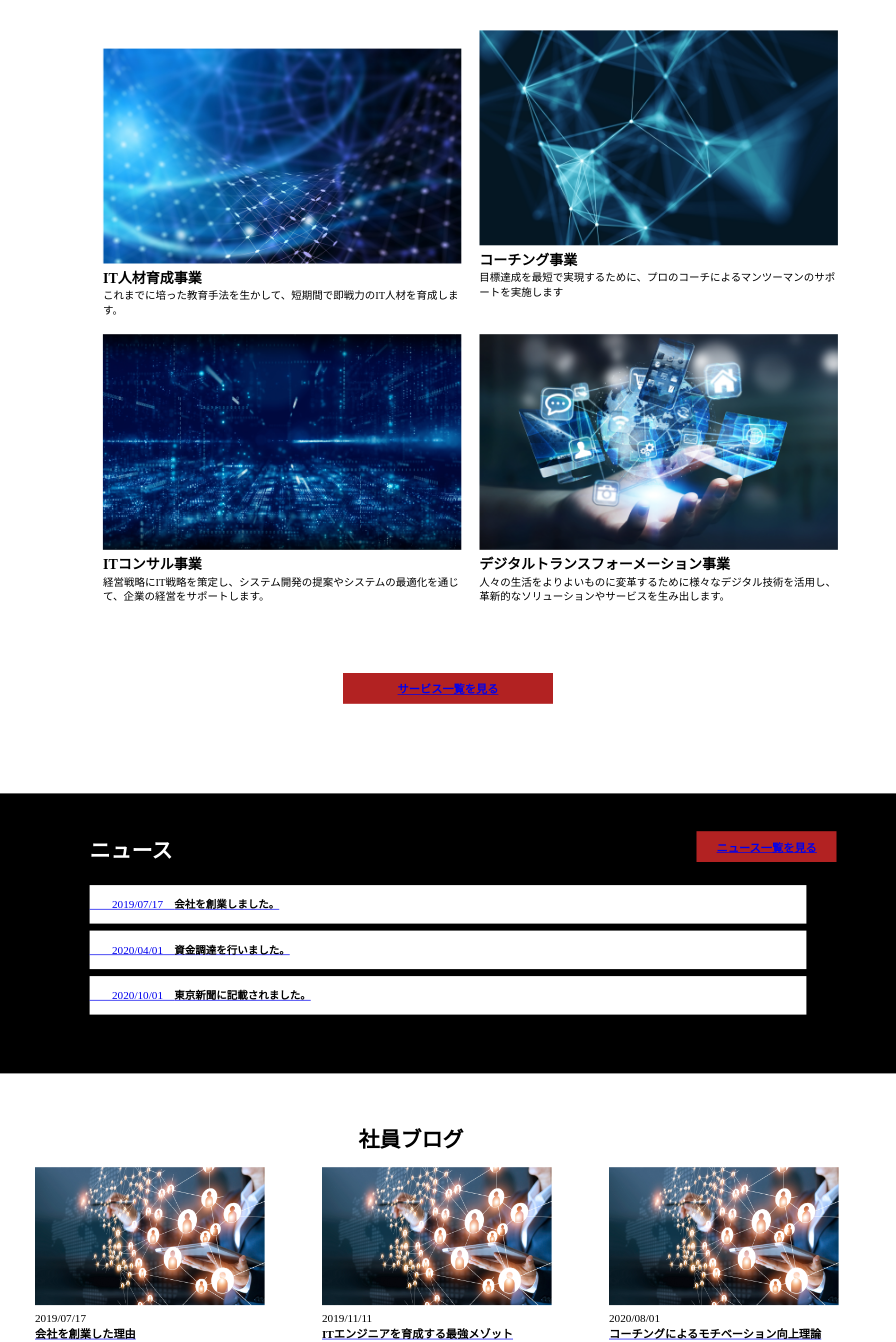
Repository: sigemasaasuka/20211012sigemasa
Page: index.html
An editor plug-in stored every save of this project. The page is shown before and after a run of saves, followed by the edit.
The browser window is 1280 px wide. The pictures show the part of the page from y = 878 to 2798 px (the page is 2795 px tall before and 2798 px after), at 70% of full size.

Above is the page before, as saved 2021-10-20 16:45:41.

### index.html
<!DOCTYPE html>
<html lang="ja">

<head>
  <meta charset="UTF-8">
  <meta name="viewport" content="width=device-width, initial-scale=1.0">
  <title>Document</title>

    <link rel="stylesheet" href="css/reset.css">
    <link rel="stylesheet" href="css/index.css">
</head>
<body>
  <header class="header">
    <div class="header-logo">
      <img class="logo" src="img/logo.png" alt="logo">
    </div>
    <nav class="header-nav">
      <ul class="header-nav-list">
        <li class="header-nav-item"><a href="index.html">ホーム</a></li>
        <li class="header-nav-item"><a href="service.html">事業内容</a></li>
        <li class="header-nav-item"><a href="news.html">ニュース</a></li>
        <li class="header-nav-item"><a href="blog.html">社員ブログ</a></li>
        <li class="header-nav-item"><a href="company.html">会社概要</a></li>
        <li class="header-nav-item"><a href="recruit.html">採用情報</a></li>
        <li class="header-nav-item"><a href="contact.html">お問い合わせ</a></li>
      </ul>
    </nav>
  </header>
  <div class="home">
  <div class="home-photo">
    <div class="home-title">
    <p>最新のテクノロジーで社会課題を解決</p>
      <div class="home-title2">
      <p>Solving　issues　with　the　latest　technology</p>
     </div>
    </div>
    </div>
    </div>
    <div class="home-color">
      <div class="hope">
        <p><br><br>株式会社TECHの想い</p>
        <div class="hope2">
          <p>あらゆる産業において、新たなデジタル技術を使ってこれまでにないビジネスモデルを展開する新規参加者が登場し、ゲームチェンジが起ころうとしています。こうした<br>中で、各企業は、競争力維持・強化のために、DXを迅速に進めていくことが求められています。しかし、DXにおいて投資コストは非常にかかります。株式会社TECHでは<br>独自のオペレーションと人材教育により、他社よりも価格を抑えた開発を行います。</p>
        </div>
      </div>
    </div>
    <div class="service">
      <p>サービス</p>
      </div>
      <div class="png1">
      <div class="service1">
        <img  src="img/service1.png"  alt="service1">
        <div class="it">
        <p>IT人材育成事業</p>
        <div class="it2">
        <p>これまでに培った教育手法を生かして、短期間で即戦力のIT人材を育成します。</p>
        </div>
      </div>
      </div>
      <div class="service2">
      <img  src="img/service2.png" alt="service2">
      <div class="coach">
        <p>コーチング事業</p>
        <div class="coach2">
          <p>目標達成を最短で実現するために、プロのコーチによるマンツーマンのサポートを実施します</p>
        </div>
      </div>
      </div>
      </div>
      <div class="png2">
      <div class="service3">
        <img src="img/service3.png" alt="service3">
        <div class="Consultant">
          <p>ITコンサル事業</p>
          <div class="Consultant2">
            <p>経営戦略にIT戦略を策定し、システム開発の提案やシステムの最適化を通じて、企業の経営をサポートします。</p>
          </div>
        </div>
      </div>
      <div class="service4">
        <img src="img/service4.png" alt="service4">
        <div class="formation">
          <p>デジタルトランスフォーメーション事業</p>
          <div class="formation2">
            <p>人々の生活をよりよいものに変革するために様々なデジタル技術を活用し、革新的なソリューションやサービスを生み出します。</p>
          </div>
        </div>
      </div>
      </div>
      <div class="list">
        <a href="service.html">サービス一覧を見る</a>
      </div>
      <div class="news">
        <div class="nesw-list">
          <div class="news-font">
          <p>ニュース</p></div>
          <div class="news-button">
            <a href="news.html">ニュース一覧を見る</a>
          </div>
        </div>
        <div class="news-info1">
          <a href="index.html">　　2019/07/17　<span class="co">会社を創業しました。</span></a></div>
          <div class="news-info2">
          <a href="index.html">　　2020/04/01　<span class="fund">資金調達を行いました。</span></a></div>
          <div class="news-info3">
          <a href="index.html">　　2020/10/01　<span class="newspaper">東京新聞に記載されました。</span></a></div>
      </div>
      <div class="blog">
        <p>社員ブログ</p>
        </div>
        <div class="blog-column">
        <div class="reason">
        <div class="reason-png">
          <a href="index.html">
            <img src="img/blog.png" alt="blog">
          </a>
          <p class="reason1">2019/07/17</p>
          <a href="index.html"><p class="reason2">会社を創業した理由</p></a>
        </div>
        </div>
        <div class="nurturing">
        <div class="nurturing-png">
          <a href="index.html">
            <img src="img/blog.png" alt="blog">
          </a>
          <p class="nurturing1">2019/11/11</p>
          <a href="index.html">
            <p class="nurturing2">ITエンジニアを育成する最強メゾット</p>
          </a>
        </div>
      </div>
      <div class="coaching">
        <div class="coaching-png">
        <a href="index.html">
          <img src="img/blog.png" alt="blog">
        </a>
        <p class="coaching1">2020/08/01</p>
        <a href="index.html">
          <p class="coaching2">コーチングによるモチベーション向上理論</p>
        </a>
        </div>
        </div>
        </div>


<script src="js/main.js"></script>
</body>
</html>

### css/reset.css
@charset "UTF-8";
html, body, div, span, applet, object, iframe,
h1, h2, h3, h4, h5, h6, p, blockquote, pre,
a, abbr, acronym, address, big, cite, code,
del, dfn, em, img, ins, kbd, q, s, samp,
small, strike, strong, sub, sup, tt, var,
b, u, i, center,
dl, dt, dd, ol, ul, li,
fieldset, form, label, legend,
table, caption, tbody, tfoot, thead, tr, th, td,
article, aside, canvas, details, embed,
figure, figcaption, footer, header, hgroup,
menu, nav, output, ruby, section, summary,
time, mark, audio, video {
margin: 0;
padding: 0;
border: none;
font-style: normal;
text-align: left;
zoom: 1;
}
article, aside, details, figcaption, figure,
footer, header, hgroup, menu, nav, section {
display: block;
}
table {
border-collapse: collapse;
font-family: inherit;
}
h1,h2,h3,h4,h5 {
font-size: 100%;
font-weight: normal;
line-height: 1;
}
input,textarea,select {
font-family: inherit;
font-size: 16px;
}
input[type="button"],input[type="text"],input[type="submit"] {
 -webkit-appearance: none;
 border-radius: 0;
}
textarea {
resize: none;
-webkit-appearance: none;
border-radius: 0;
}
th,td {
border-collapse: collapse;
}
table th,table td {
white-space: nowrap;
}
ul,ol {
list-style-type: none;
}
img {
vertical-align: text-bottom;
vertical-align: -webkit-baseline-middle;
max-width: 100%;
height: auto;
width /***/:auto;
}

### css/index.css
.logo {
  text-decoration: none;
  color: inherit;
  width: 50%;
}
.header {
  width: 100%;
  display: flex;
  justify-content: space-between;
  align-items: center;
  height: 70px;
  padding: 0 30px;
  position: fixed;
  box-sizing: border-box;
  background-color: #fff;
  color: #000;
}

.a {
  text-decoration: none;
}

.header-ttl {
  font-size: 24px;
  width: 80px;
}

.header-nav-list {
  display: flex;
  font-weight: bold;
}

.header-nav-item:not(:last-child) {
  margin-right: 30px;
}

.home-photo {
  position: relative;
  padding-top: calc(250 / 683 * 100%); /* calc(画像高さ ÷ 画像横幅 × 100%) */
  background: url(../img/mv.png) center center / cover no-repeat;
}

.home-title {
  display: flex;
  flex-direction: column;
  position: absolute;
  font-size: 50px;
  margin-left: 20%;
  top: 40%;
  font-weight: bolder;
  color: #fff;
}

.home-title2 {
  display: flex;
  position: absolute;
  font-size: 20px;
  margin-top: 45px;
  margin-left: 23%;
  top: 40%;
  font-weight: bold;
  color: #fff;
}

.home-color {
  background-color: #000;
  height: 300px;
}

.hope {
  top: 30%;
  display: flex;
  flex-direction: column;
  font-weight: bolder;
  font-size: 30px;
  margin-left: 10%;
  color: #fff;
}

.hope2 {
  display: flex;
  font-size: 15px;
  margin-top: 20px;
  font-weight: normal;
  color: #fff;
}

.service {
  margin-top: 5%;
  margin-left: 45%;
  font-size: 35px;
  font-weight: bolder;
}

.png1 {
  display: flex;
  justify-content: center;
}

.service1 {
  margin-top: 5%;
  margin-left: 5%;
  width: 40%;
}

.it {
  margin-top: 1%;
  font-size: 20px;
  font-weight: bolder;
}

.it2 {
  font-size: 15px;
  font-weight: normal;
}

.service2 {
  margin-top: 3%;
  margin-left: 2%;
  width: 40%;
}

.coach {
  margin-top: 1%;
  font-size: 20px;
  font-weight: bolder;
}

.coach2 {
  font-size: 15px;
  font-weight: normal;
}

.png2 {
  display: flex;
  justify-content: center;
}

.service3 {
  margin-top: 2%;
  margin-left: 5%;
  width: 40%;
}

.Consultant {
  margin-top: 1%;
  font-size: 20px;
  font-weight: bolder;
}

.Consultant2 {
  font-size: 15px;
  font-weight: normal;
}

.service4 {
  margin-top: 2%;
  margin-left: 2%;
  width: 40%;
}

.formation {
  margin-top: 1%;
  font-size: 20px;
  font-weight: bolder;
}

.formation2 {
  font-size: 15px;
  font-weight: normal;
}

.list {
  width: 300px;
  padding: 10px 0;
  color: #fff;
  font-weight: bold;
  background: #b22222;
  text-align: center;
  margin: 100px auto 0;
  display: block;
}

.news {
  margin-top: 10%;
  background-color: #000;
  height: 400px;
}

.nesw-list {
  margin-left: 10%;
  display: flex;
  justify-content: flex-start;
  align-items: center;
}

.news-font {
  font-weight: bold;
  font-size: 30px;
  color: #fff;
  margin-top: 5%;
}

.news-button {
  color: #fff;
  margin-top: 50px;
  margin-left: 65%;
  width: 200px;
  padding: 10px 0;
  font-weight: bold;
  background: #b22222;
  text-align: center;
  display: block;
}

.news-info1 {
  margin-top: 30px;
  margin-left: 10%;
  width: 80%;
  height: 35px;
  padding: 10px 0;
  background: #fff;
  line-height: 35px;
  display: block;
  color: #000;
}
.co {
  font-size: 15px;
  font-weight: bold;
  color: #000;
}

.news-info2 {
  margin-top: 10px;
  margin-left: 10%;
  width: 80%;
  height: 35px;
  padding: 10px 0;
  background: #fff;
  line-height: 35px;
  display: block;
  color: #000;
}
.fund {
  font-size: 15px;
  font-weight: bold;
  color: #000;
}

.news-info3 {
  margin-top: 10px;
  margin-left: 10%;
  width: 80%;
  height: 35px;
  padding: 10px 0;
  background: #fff;
  line-height: 35px;
  display: block;
  color: #000;
}
.newspaper {
  font-size: 15px;
  font-weight: bold;
  color: #000;
}

.blog {
  margin-top: 70px;
  margin-left: 40%;
  font-size: 30px;
  font-weight: bolder;
}
.blog-column {
  margin-top: 20px;
  margin-left: 50px;
  display: flex;
  justify-content: center;
}

.reason-png {
  width: 80%;
}

.reason1 {
  margin-top: 10px;
  color: #000;
}

.reason2 {
  font-weight: bolder;
  color: #000;
}

.nurturing-png {
  margin-left: ;
  width: 80%;
}

.nurturing1 {
  margin-top: 10px;
  color: #000;
}

.nurturing2 {
  font-weight: bolder;
  color: #000;
}

.coaching-png {
  width: 80%;
}

.coaching1 {
  margin-top: 10px;
  color: #000;
}

.coaching2 {
  font-weight: bolder;
  color: #000;
}

Loaded but not shown: js/main.js (no stored copy; drawn as an empty file)

After the next 2 saves:
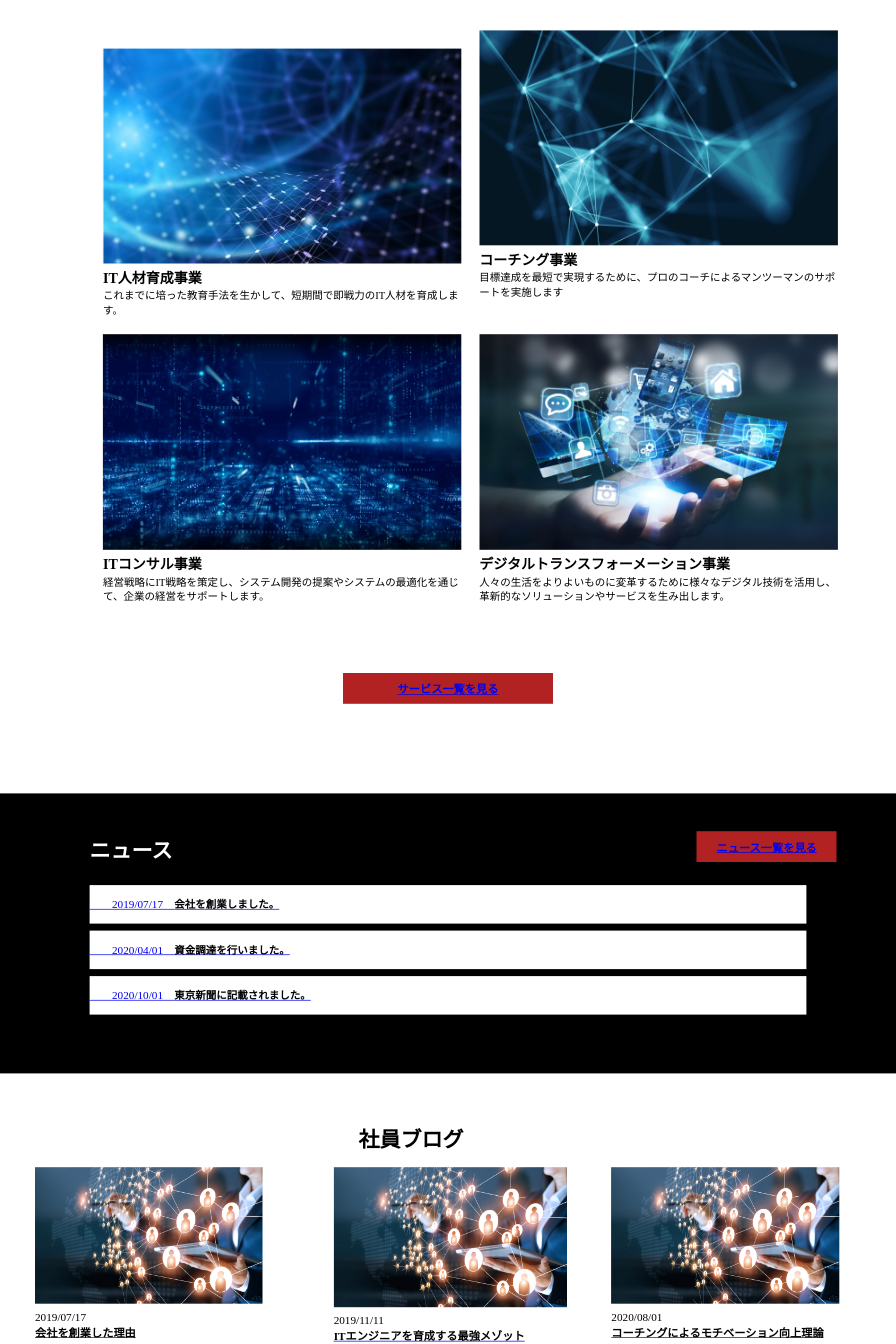
The 2 saves are shown as one change because they came seconds apart.
The last was saved 7 s later.
--- a/css/index.css
+++ b/css/index.css
@@ -292,7 +292,7 @@
 }
 
 .nurturing-png {
-  margin-left: ;
+  margin-left: 20px;
   width: 80%;
 }
 

After the save that followed:
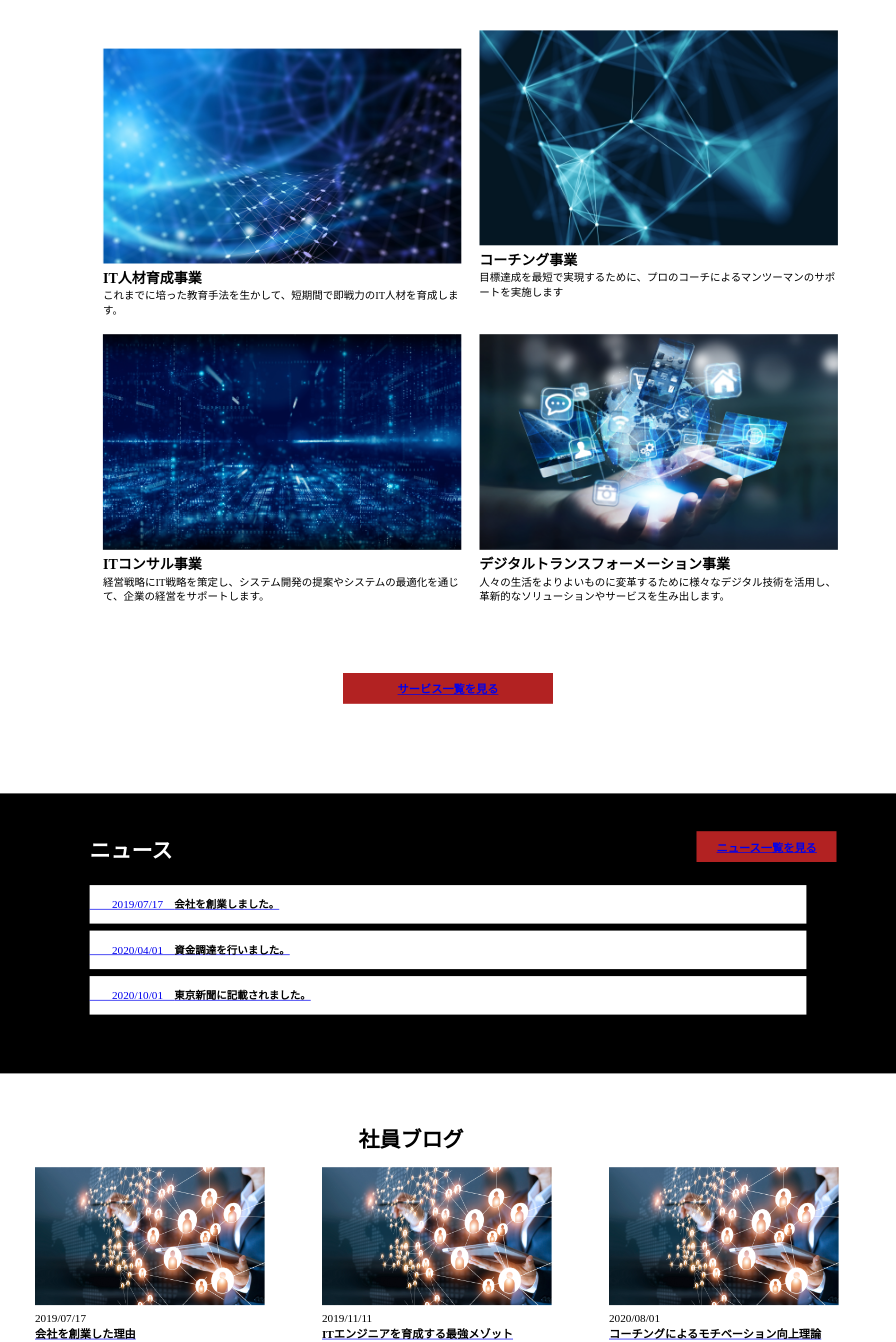
Saved 68 s later.
--- a/css/index.css
+++ b/css/index.css
@@ -292,7 +292,6 @@
 }
 
 .nurturing-png {
-  margin-left: 20px;
   width: 80%;
 }
 
